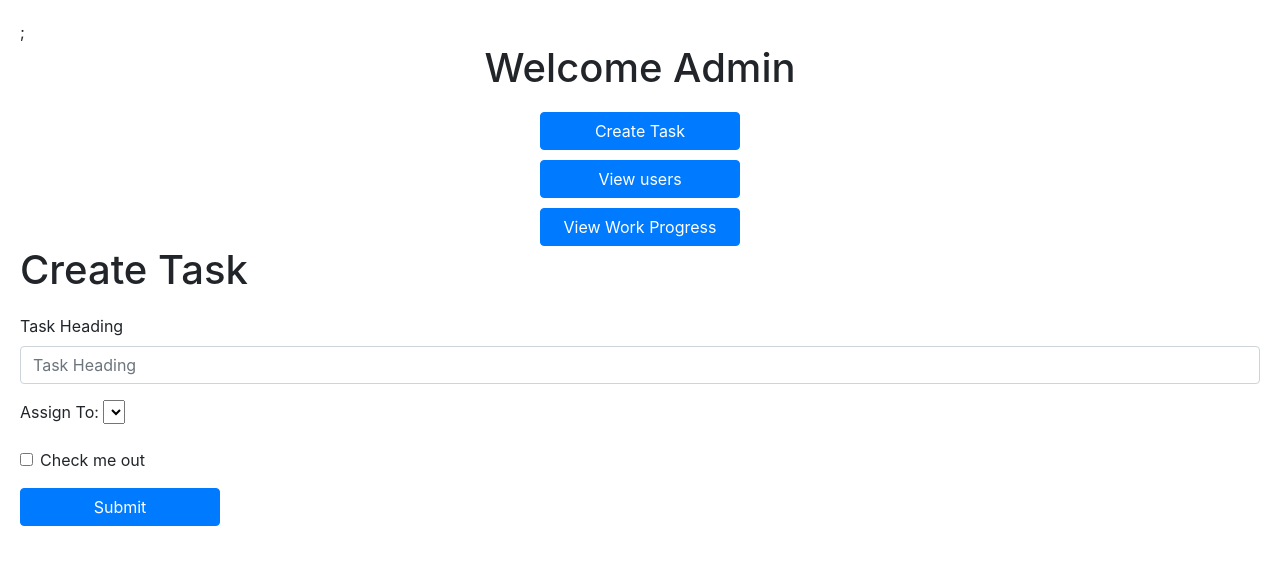
Repository: neha-rouniyar/taskmgmt
Page: http://localhost/admin/create-task
An editor plug-in stored every save of this project. The page is shown before and after the next save, followed by the edit.
The browser window is 1280 px wide. The pictures show the whole page.
Some web libraries are served in a nearby version. The page is served by the project's Laravel application, run on PHP 8.4 with Laravel 10. Other server files are loaded and not shown. Queries for data that is not in the repository find no rows.

Above is the page before, as saved 2023-12-11 15:19:08.

### routes/web.php
<?php

use App\Http\Controllers\AdminController;
use Illuminate\Support\Facades\Route;
use App\Http\Controllers\LoginController;
/*
|--------------------------------------------------------------------------
| Web Routes
|--------------------------------------------------------------------------
|
| Here is where you can register web routes for your application. These
| routes are loaded by the RouteServiceProvider and all of them will
| be assigned to the "web" middleware group. Make something great!
|
*/

Route::get('/', function () {
    return view('welcome');
});
Route::get('/login-form',[LoginController::class,'index'])->name('login.form');
Route::post('/login-form-submit',[LoginController::class,'loginFormSubmit'])->name('login.form.submit');




Route::get('/register-form',[LoginController::class,'index2'])->name('register.form');
Route::post('/register-form-submit',[LoginController::class,'registerFormSubmit'])->name('register.form.submit');


//user dashboard
Route::get('/user-dashboard',[LoginController::class,'userDashboard'])->name('user.dashboard');
Route::get('/admin-dashboard',[LoginController::class,'adminDashboard'])->name('admin.dashboard');


//admin
Route::get('/admin/view-users',[AdminController::class,'viewUsers'])->name('admin.view.users');
Route::get('/admin/create-task',[AdminController::class,'createTask'])->name('admin.create.task');
Route::get('/admin/view-work-progress',[AdminController::class,'viewWorkProgress'])->name('admin.view.workprogress');

### app/Http/Controllers/AdminController.php
<?php

namespace App\Http\Controllers;

use App\Models\User;
use Illuminate\Http\Request;

class AdminController extends Controller
{
    public function viewUsers()
    {
        $users=User::all()->where('usertype','regular');
        // dd($users);
        return view('admin.viewUsers',compact('users'));
    }
    public function createTask()
    {
        $users=User::all()->where('usertype','regular');
        return view('admin.task.create',compact('users'));
    }
    public function viewWorkProgress()
    {
        return view('admin.task.workprogress');
    }
}

### resources/views/admin/task/create.blade.php
@extends('admin.dashboard');
@section('admin-content')

<h1>Create Task</h1>
<form action="" method="POST">
    @csrf
      <div class="form-group">
        <label for="exampleInputEmail1">Task Heading</label>
        <input type="text" name="heading" class="form-control" id="exampleInputEmail1" aria-describedby="emailHelp" placeholder="Task Heading" required>
      </div>
      <div class="form-group">
        <label for="exampleInputPassword1">Assign To:</label>
            <select name="assignee" id="assignee">
                @foreach ($users as $data )
                <option value="">{{$data->username}}</option>
                @endforeach
            </select>
      </div>
      {{-- <div class="form-group">
          <label for="exampleInputPassword1">Username</label>
          <input type="text" name="username" class="form-control" id="exampleInputPassword1" placeholder="Username" required>
        </div> --}}
      <div class="form-group form-check">
        <input type="checkbox" class="form-check-input" id="exampleCheck1">
        <label class="form-check-label" for="exampleCheck1">Check me out</label>
      </div>
      <button type="submit" class="btn btn-primary">Submit</button>
    </form>

@endsection

### resources/views/admin/dashboard.blade.php
<!doctype html>
<html lang="en">
  <head>
    <!-- Required meta tags -->
    <meta charset="utf-8">
    <meta name="viewport" content="width=device-width, initial-scale=1, shrink-to-fit=no">

    <!-- Bootstrap CSS -->
    <link rel="stylesheet" href="https://cdn.jsdelivr.net/npm/bootstrap@4.0.0/dist/css/bootstrap.min.css" integrity="sha384-Gn5384xqQ1aoWXA+058RXPxPg6fy4IWvTNh0E263XmFcJlSAwiGgFAW/dAiS6JXm" crossorigin="anonymous">
    <style>
      body {
          padding: 20px;
      }

      h1 {
          margin-bottom: 20px;
      }

      .btn-container {
          display: flex;
          flex-direction: column;
          gap: 10px;
      }

      .btn-container a {
          text-decoration: none;
      }

      .btn {
          width: 200px;
      }
  </style>
    <title>Hello, world!</title>
  </head>
  <body>
    <div class="container text-center">
        <h1>Welcome Admin</h1>
        <div class="btn-container">
            <a href="{{route('admin.create.task')}}">
                <button type="button" class="btn btn-primary">Create Task</button>
            </a>
            <a href="{{route('admin.view.users')}}">
                <button type="button" class="btn btn-primary">View users</button>
            </a>
            <a href="{{route('admin.view.workprogress')}}">
                <button type="button" class="btn btn-primary">View Work Progress</button>
            </a>
        </div>
    </div>
    @yield('admin-content')
    <script src="https://code.jquery.com/jquery-3.2.1.slim.min.js" integrity="sha384-KJ3o2DKtIkvYIK3UENzmM7KCkRr/rE9/Qpg6aAZGJwFDMVNA/GpGFF93hXpG5KkN" crossorigin="anonymous"></script>
    <script src="https://cdn.jsdelivr.net/npm/popper.js@1.12.9/dist/umd/popper.min.js" integrity="sha384-ApNbgh9B+Y1QKtv3Rn7W3mgPxhU9K/ScQsAP7hUibX39j7fakFPskvXusvfa0b4Q" crossorigin="anonymous"></script>
    <script src="https://cdn.jsdelivr.net/npm/bootstrap@4.0.0/dist/js/bootstrap.min.js" integrity="sha384-JZR6Spejh4U02d8jOt6vLEHfe/JQGiRRSQQxSfFWpi1MquVdAyjUar5+76PVCmYl" crossorigin="anonymous"></script>
</body>
</html>

Loaded but not shown: app/Http/Controllers/Controller.php (common file); app/Models/User.php (common file)

After the next save:
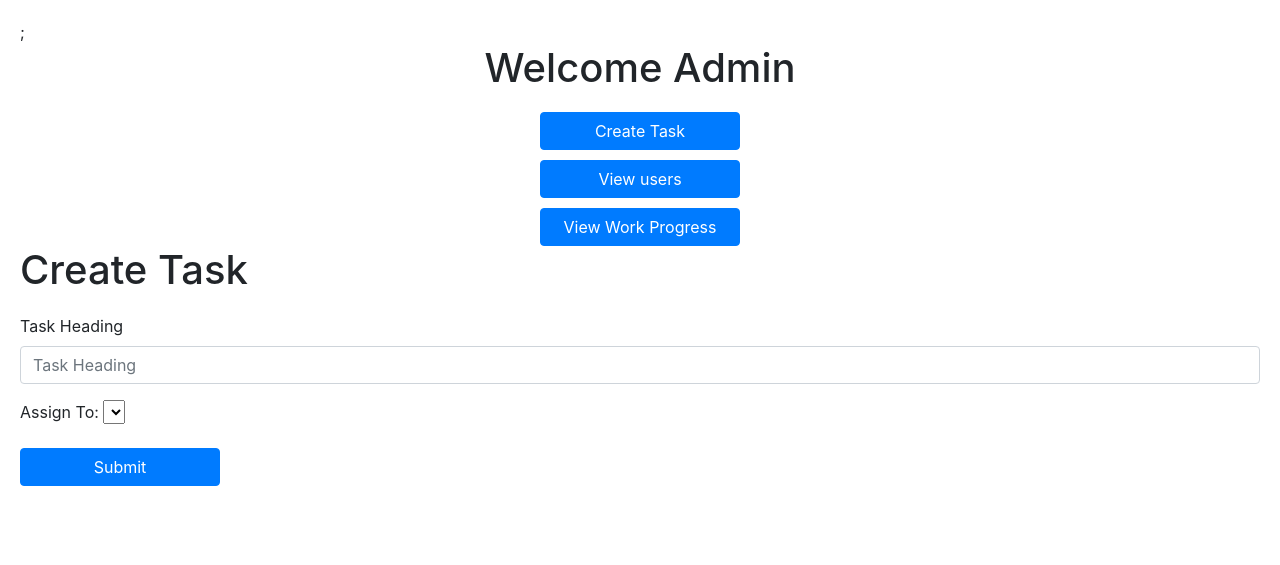
Saved 17 s later.
--- a/resources/views/admin/task/create.blade.php
+++ b/resources/views/admin/task/create.blade.php
@@ -16,14 +16,6 @@
                 @endforeach
             </select>
       </div>
-      {{-- <div class="form-group">
-          <label for="exampleInputPassword1">Username</label>
-          <input type="text" name="username" class="form-control" id="exampleInputPassword1" placeholder="Username" required>
-        </div> --}}
-      <div class="form-group form-check">
-        <input type="checkbox" class="form-check-input" id="exampleCheck1">
-        <label class="form-check-label" for="exampleCheck1">Check me out</label>
-      </div>
       <button type="submit" class="btn btn-primary">Submit</button>
     </form>
 
